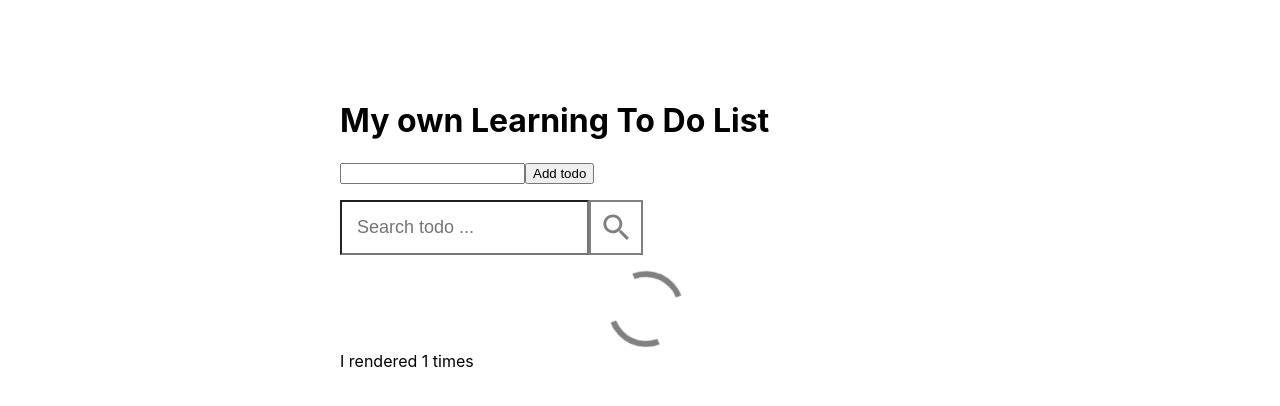
Repository: ArusyakAghajanyan/To-Do
Page: /
The author's editor kept a copy of each file at every save. The page is drawn from the files as they stood at one save, then again after the next save.
The browser window is 1280 px wide. The pictures show the whole page.
The page's requests for data from a server got no answer. The project was rebuilt for these pictures with package versions that can differ from the ones it lists, and the page was loaded fresh each time. No one was signed in, and anything a server would have sent is missing. Also part of the build but not shown: src/Todo/TodoItem.js, src/Todo/TodoList.js.

Above is the page before, as saved 2022-03-16 16:25:51.

After the next save:
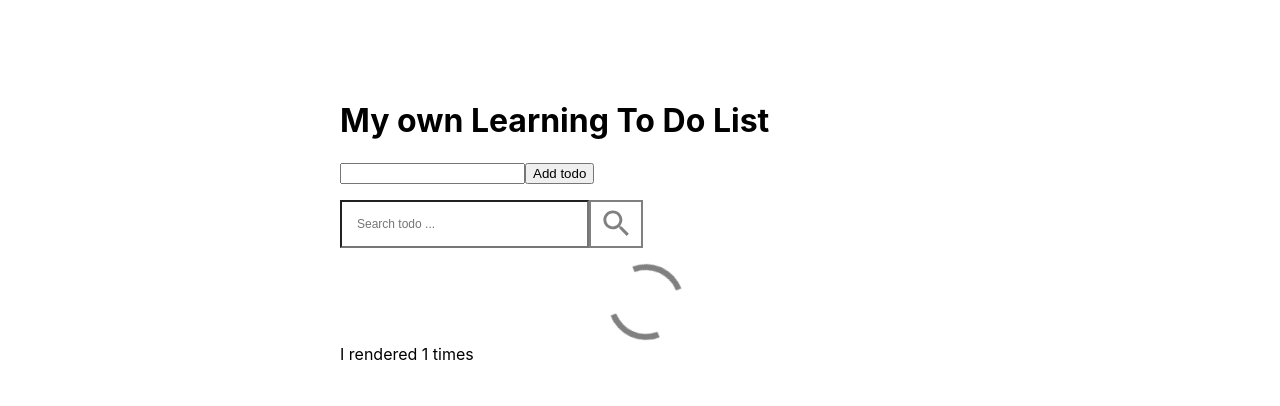
Saved 10 s later.
--- a/src/Search/SearchBar.css
+++ b/src/Search/SearchBar.css
@@ -7,7 +7,7 @@
     background-color: white;
     border-top-right-radius: 0px;
     border-bottom-right-radius: 0px;
-    font-size: 18px;
+    font-size: 12px;
     padding: 15px;
     width: 215px;
   }
